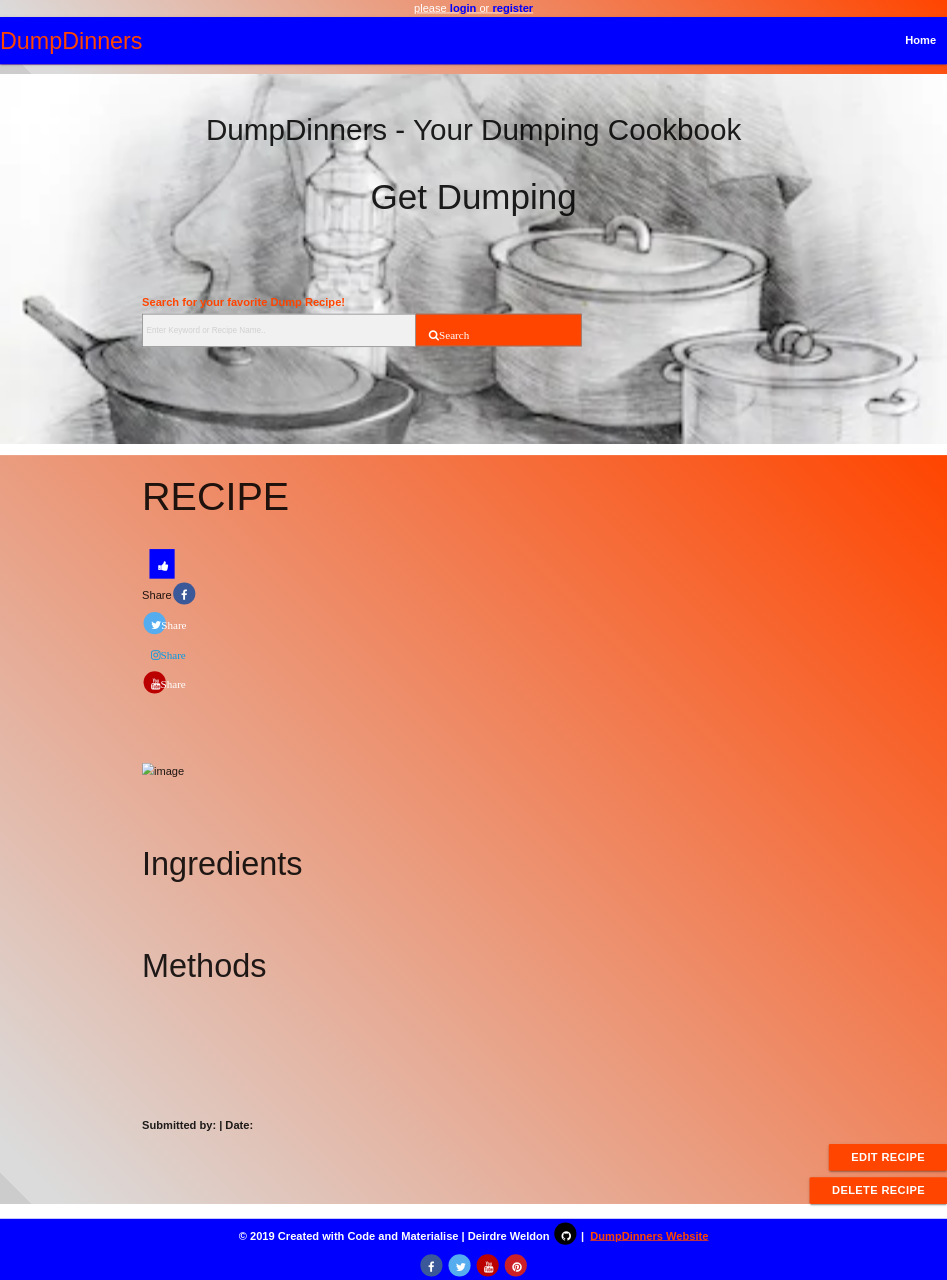
Repository: Deirdre18/dumpdinners-recipe-app
Page: templates/recipe.html
The author's editor kept a record of every edit. The page is drawn from the files as they stood at one moment, then again after the next edit.
The browser window is 1280 px wide. The pictures show the whole page, at 74% of full size.
Some web libraries are served in a nearby version. The page is served by the project's application, run on Flask 3 (app.py). The template is opened directly, without the code that normally fills it, so the values that code supplies are empty.

Above is the page before.

After the next edit:
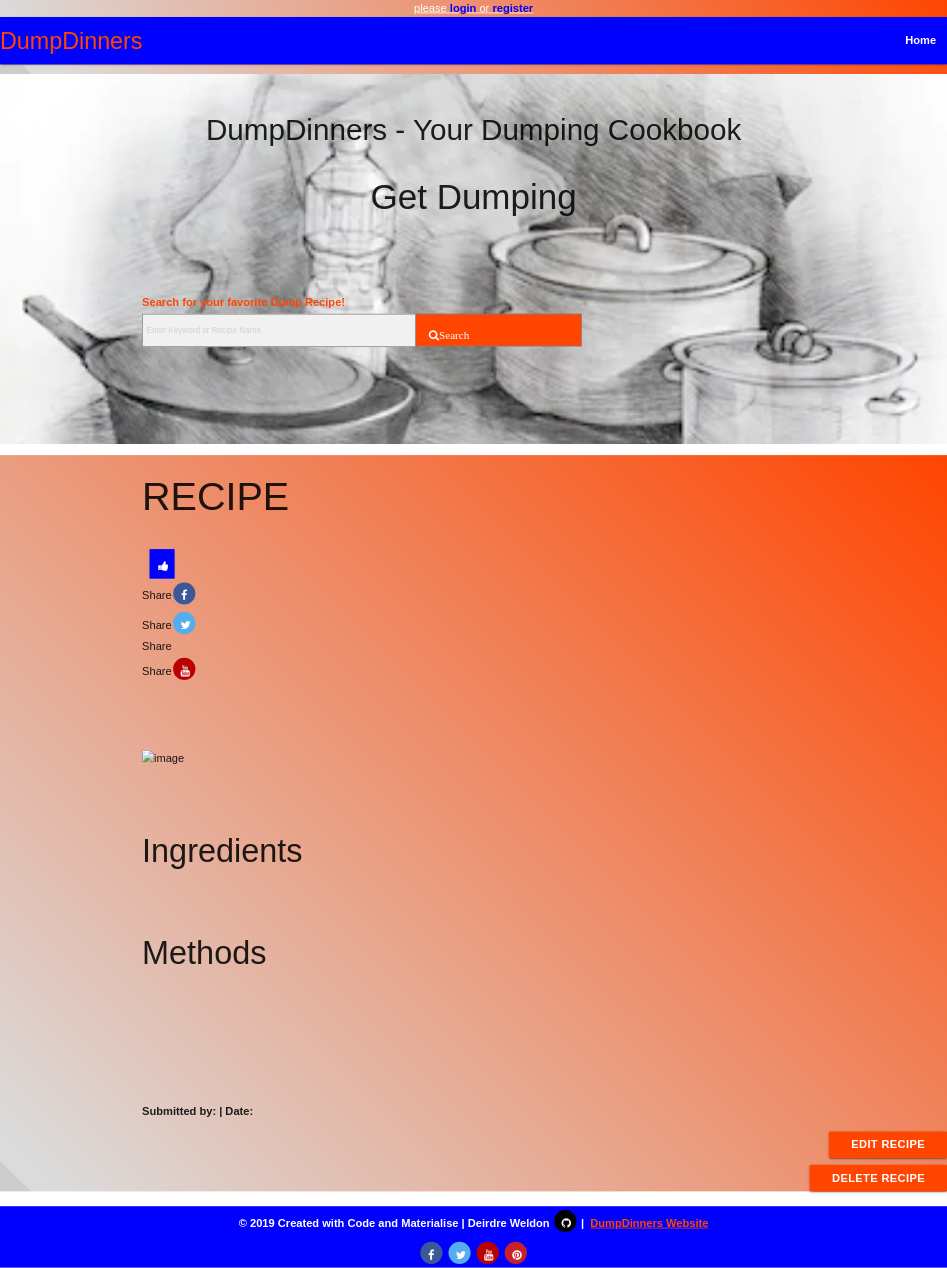
The edit:
--- a/templates/recipe.html
+++ b/templates/recipe.html
@@ -31,9 +31,9 @@
 <!--http://www.sharelinkgenerator.com/-->
 
 				Share<a href="https://www.facebook.com/sharer/sharer.php?u=" class="fa fa-facebook"></a><br>
-				<a href="https://www.twitter.com/sharer/sharer.php?u=" class="fa fa-twitter">Share</a><br>
-				<a href="https://www.instagram.com/sharer/sharer.php?u=" class="fa fa-instagram">Share</a><br>
-				<a href="https://www.youtube.com/sharer/sharer.php?u=" class="fa fa-youtube">Share</a><br>
+				Share<a href="https://www.twitter.com/sharer/sharer.php?u=" class="fa fa-twitter"></a><br>
+				Share<a href="https://www.instagram.com/sharer/sharer.php?u="></a></a><br>
+				Share<a href="https://www.youtube.com/sharer/sharer.php?u=" class="fa fa-youtube"></a><br>
 
 
 
